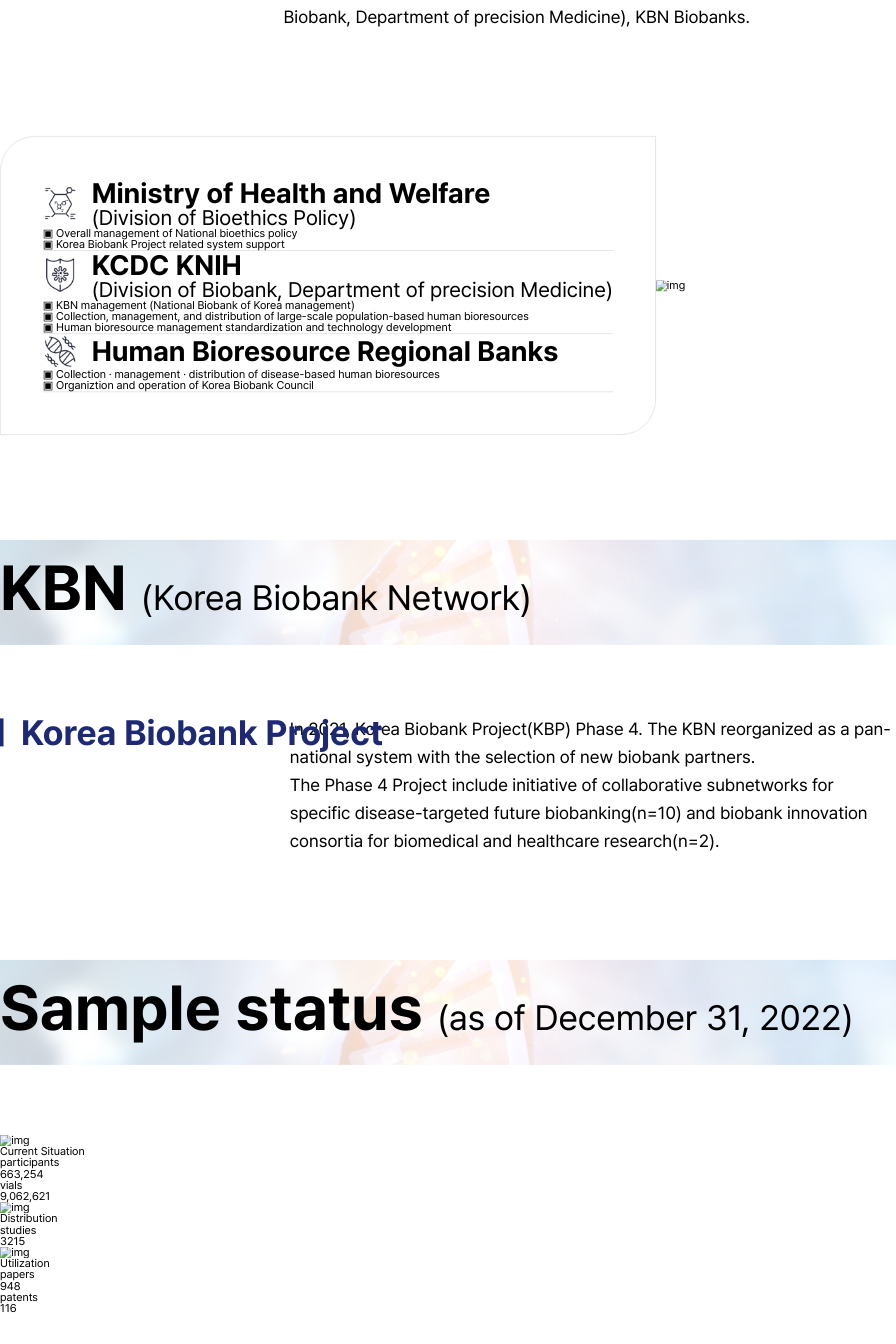
Repository: dlgywls1130/kbn_makedit
Page: index.html
The author's editor kept a copy of each file at every save. The page is drawn from the files as they stood at one save, then again after the next save.
The browser window is 1280 px wide. The pictures show the part of the page from y = 1785 to 3705 px (the page is 4994 px tall before and 5174 px after), at 70% of full size.
Some web libraries are served in a nearby version.

Above is the page before, as saved 2023-10-15 16:20:40.

### index.html
<!DOCTYPE html>
<html lang="en">
<head>
    <meta charset="UTF-8">
    <meta name="viewport" content="width=device-width, initial-scale=1.0">
    <title>KBN</title>

    <link rel="stylesheet" href="./css/reset.css">
    <link rel="stylesheet" href="./css/style.css">

    <!-- slick css -->
    <link rel="stylesheet"  type="text/css" href="./css/slick.css">

</head>
<body>

    <!-- header -->
    <header>
        <div class="header_wrapper">
            <div class="header_logo">
                <img src="./image/logo.png" alt="logo">
            </div>
            <ul class="nav_list">
                <li><a href="#about"> About us</a></li>
                <li><a href="#kbn">KBN</a></li>
                <li><a href="#sample">Sample status</a></li>
                <li><a href="#distribution">Distribution procedure</a></li>
                <li><a href="#biobanks">KBN Biobanks</a></li>
            </ul>
            <div class="header_en">
                <div class="en_icon">
                    <img src="./image/language.png" alt="icon">
                </div>
                <p>EN</p>
            </div>
        </div>

    </header>


    <!-- main banner -->
    <section>
        <div class="main_banner">
            <div class="slide_wrap">
                <div class="slide_list first-slide">
                    <div class="slide_content">
                        <h2 class="slide_title">
                            The Biggest Disease-based
                            <Br>Human Biobank Network of Korea
                        </h2>
                        <p class="slide_sub">
                            KBN, the largest biobank network in korea, collects, manages, and holds disease-based
                            <Br>human bioresources, i.e. various samples of more than 600,000 individuals.
                        </p>
                    </div>
                </div>
                <div class="slide_list second-slide">
                    <div class="slide_content">
                        <h2 class="slide_title">
                            KBN Distribution Support Center
                        </h2>
                        <p class="slide_sub">
                            The Center provides human bioresources, and clinical and epidemiological information
                            <Br> held by KBN biobanks nationwide and actively supports the distribution.

                        </p>
                    </div>
                </div>
                <div class="slide_list three-slide">

                    <div class="slide_content">
                        <h2 class="slide_title">
                            KBN Provides On-line Searching Database
                            <Br>and Operates Distribution Support Center
                        </h2>
                        <p class="slide_sub">
                            Researchers conduct KBN human bioresource search, while the distribution support
                            <Br>center provides services customized to individual users.
                        </p>
                    </div>
                </div>
            </div>
        </div>
    </section>

    <!-- about us -->
    <section id="about">
        <div class="about_wrap">
            <div class="content_width">
                <h2 class="section_title">About us</h2>
            </div>

            <div class="about-us">
                <div class="about_content">
                    <div class="content_list mb-100">
                        <div class="list_main">
                            KBN Portal
                        </div>
                        <div class="list_descript">
                            <p class="mb-50">The Korea Biobank Network’s Human Bioresource Sharing and Access Platform, established in 2019, aims
                            to expand the accessibility of the disease-based bioresources collected through KBN and develop a
                            system to collect high-quality standard clinical information, thereby establishing a distribution support
                            system tailored to researchers.</p>

                            <p>The KBN portal is the largest shared open platform for disease-based resource owned by KBN biobanks
                            involved in KDCA(Korea Disease Control and Prevention Agency) KBP(Korea Biobank Project).
                            It discloses and shares related information including disease-based resource status, systematic search,
                            efficient distribution, and utilization outcomes to researchers in order to improve the efficient utilization of
                            national disease-based resources.</p>
                        </div>
                    </div>
                    <div class="content_list">
                        <div class="list_main">
                            Structure
                        </div>
                        <div class="list_descript">
                            <p>Structure is organized by the Ministry of Health and Welfare(Division of Bioethics Policy), the KDCA Korea
                                National Institute of Health(Division of Biobank, Department of precision Medicine), KBN Biobanks.</p>
                        </div>
                    </div>
                </div>
                <div class="about_acodian">
                    <div class="acodian_list">
                        <div class="accordion-item">
                            <h3 class="title">
                                <div class="acodian_icon">
                                    <img src="./image/about_ico1.png" alt="icon">
                                </div>
                                <p>Ministry of Health and Welfare
                                    <span>(Division of Bioethics Policy)</span>
                                </p>

                            </h3>
                            <div class="paragraph">
                                <p>▣ Overall management of National bioethics policy</p>
                                <p>▣ Korea Biobank Project related system support</p>
                            </div>
                        </div>
                        <div class="accordion-item">
                            <h3 class="title">
                                <div class="acodian_icon">
                                    <img src="/image/about_ico2.png" alt="icon">
                                </div>
                                <p>KCDC KNIH
                                    <span>(Division of Biobank, Department of precision Medicine)</span>
                                </p>

                            </h3>
                            <div class="paragraph">
                                <p>▣ KBN management (National Biobank of Korea management)</p>
                                <p>▣ Collection, management, and distribution of large-scale population-based human bioresources </p>
                                <p>▣ Human bioresource management standardization and technology development</p>
                            </div>
                        </div>
                        <div class="accordion-item">
                            <h3 class="title">
                                <div class="acodian_icon">
                                    <img src="/image/about_ico3.png" alt="icon">
                                </div>
                                <p>Human Bioresource Regional Banks</p>

                            </h3>
                            <div class="paragraph">
                                <p>▣ Collection · management · distribution of disease-based human bioresources</p>
                                <p>▣ Organiztion and operation of Korea Biobank Council</p>
                            </div>
                        </div>
                    </div>
                    <div class="acodian_circle">
                        <img src="" alt="img">
                    </div>
                </div>
            </div>
        </div>

    </section>

    <!-- kbn -->

    <section id="kbn">
        <div class="kbn_wrap">
            <div class="content_width">
                <h2 class="section_title">KBN <span>(Korea Biobank Network)</span></h2>
            </div>
            <div class="kbn_content">
                <div class="content_list">
                    <div class="list_main">
                        Korea Biobank Project
                    </div>
                    <div class="list_descript">
                        <p>In 2021, Korea Biobank Project(KBP) Phase 4. The KBN reorganized as a pan-national system with the
                            selection of new biobank partners.
                            </p>

                        <p>The Phase 4 Project include initiative of collaborative subnetworks for specific disease-targeted future
                            biobanking(n=10) and biobank innovation consortia for biomedical and healthcare research(n=2).
                            </p>
                    </div>
                </div>
                <div class="kbn_guidance_wrap">

                </div>
            </div>
        </div>

    </section>

    <!-- sample -->

    <section id="sample">
        <div class="sample_wrap">
            <div class="content_width">
                <h2 class="section_title">Sample status <span>(as of December 31, 2022)</span></h2>
            </div>
            <div class="sample_content">
                <div class="sample_list">
                    <div class="sample_list_left">
                        <div class="sample_list_icon">
                            <img src="" alt="img">
                        </div>
                        <div class="sample_list_title">
                            Current Situation
                        </div>
                    </div>
                    <div class="sample_list_right">
                        <div class="right_span">
                            <span>participants</span>
                            <p>663,254</p>
                        </div>
                        <div class="right_span">
                            <span>vials</span>
                            <p>9,062,621</p>
                        </div>
                    </div>
                </div>
                <div class="sample_list">
                    <div class="sample_list_left">
                        <div class="sample_list_icon">
                            <img src="" alt="img">
                        </div>
                        <div class="sample_list_title">
                            Distribution
                        </div>
                    </div>
                    <div class="sample_list_right">
                        <div class="right_span">
                            <span>studies</span>
                            <p>3215</p>
                        </div>
                    </div>
                </div>
                <div class="sample_list">
                    <div class="sample_list_left">
                        <div class="sample_list_icon">
                            <img src="" alt="img">
                        </div>
                        <div class="sample_list_title">
                            Utilization
                        </div>
                    </div>
                    <div class="sample_list_right">
                        <div class="right_span">
                            <span>papers</span>
                            <p>948</p>
                        </div>
                        <div class="right_span">
                            <span>patents</span>
                            <p>116</p>
                        </div>
                    </div>
                </div>
            </div>
        </div>

    </section>

    <!-- Distribution  -->
    <section id="distribution">
        <div class="distribution_wrap">
            <div class="content_width">
                <h2 class="section_title white">Distribution procedure</h2>
            </div>
            <div class="distribution_about">
                <div class="content_list">
                    <div class="list_main">
                        Procedure
                    </div>
                    <div class="list_descript">
                        <p>KBN Human bioresources application procedure for distribution.</p>

                        <p>KBN distributes the collected human bioresources to researchers for domestic healthcare R&D.
                            For access to, researcher(s) residing in Korea and carrying out a research project that has obtained IRB
                            approval(or exemption) can apply for access to human bioresource distribution, and if approved by the
                            Access and Sharing Committee, the bioresources are released.
                        </p>
                    </div>
                </div>
                <div class="text_slide">

                </div>
            </div>
        </div>
    </section>

    <!-- Biobanks  -->
    <section id="biobanks">
        <div class="biobank_wrap">
            <div class="content_width">
                <h2 class="section_title">KBN Biobanks <span>- targeted diseases</span></h2>
            </div>
            <div class="biobank_content">
                <div class="biobank_tab">

                </div>

            </div>
        </div>

    </section>

    <!-- logo slide -->
    <section>
        <div class="logo_loop">

        </div>
    </section>

    <!-- footer -->
    <footer>
        <div class="footer_wrap">
            <div class="footer_left">
                <h3 class="footer_title">
                    CONTACT US
                </h3>

                <div class="footer_contain">
                    <ul>
                        <li class="footer_text">kbnysvc@gmail.com</li>
                        <li class="footer_phone">+82 -31-546-2715</li>
                        <li class="footer_text">Monday-Friday 8:30am ~ 5:30pm</li>
                        <li class="footer_text">(Saturday and Sunday, Holidays : ClOSED)</li>
                    </ul>
                    <ul>
                        <li><img src="" alt="icon"></li>
                        <li><img src="" alt="icon"></li>
                    </ul>
                </div>

                <p>Yongin Severance Hospital 363, Dongbaekjukjeon-daero, Giheung-gu, Yongin-si, Gyeonggi-do 16995, Republic of Korea</p>
            </div>

            <div class="footer_right">
                <div class="right_top">
                    <h3 class="footer_title">
                        SOCIAL LINKS
                    </h3>
                    <div class="footer_sns">
                        <a href="" class="link_sns">
                            <img src="" alt="sns">
                        </a>
                        <a href="" class="link_sns">
                            <img src="" alt="sns">
                        </a>
                        <a href="" class="link_sns">
                            <img src="" alt="sns">
                        </a>

                    </div>
                </div>
                <div class="right_bottom">
                    <h3 class="footer_title">
                        RELATED SITE
                    </h3>
                    <div class="link_site">
                        <a href="" class="site_link">
                            <img src="" alt="link">
                        </a>
                        <a href="" class="site_link">
                            <img src="" alt="link">
                        </a>

                    </div>
                </div>

            </div>
        </div>
        <div class="footer_copy">
            <p>YONSEI UNIVERSITY, YONGIN SEVERANCE HOSPITAL. ALL RIGHTS RESERVED </p>
            <div class="copy_right">
                <p>Personal information processing policy</p>
                <p>Terms and Conditions</p>
            </div>
        </div>
    </footer>


    <script type="text/javascript" src="//code.jquery.com/jquery-1.11.0.min.js"></script>
    <script src="./js/slick.min.js"></script>
    <script src="./js/main.js"></script>
</body>
</html>

### css/style.css
:root{
    --main-text:#1D2974;
    --black-text:#000;
}


/* common */

body{
    font-family: 'pretendard',sans-serif ;
}

/* font */
@font-face {
    font-family: pretendard;
    src: url('/font/Pretendard-Regular.woff2') format('woff2'),
    url('/font/Pretendard-Regular.woff') format('woff'),
    url('/font/Pretendard-Regular.ttf') format('ttf'),
    url('/font/Pretendard-Regular.otf') format('otf');
    font-weight: 400;
}

@font-face {
    font-family: pretendard;
    src: url('/font/Pretendard-Medium.woff2') format('woff2'),
    url('/font/Pretendard-Medium.woff') format('woff'),
    url('/font/Pretendard-Medium.ttf') format('ttf'),
    url('/font/Pretendard-Medium.otf') format('otf');
    font-weight: 500;
}

@font-face {
    font-family: pretendard;
    src: url('/font/Pretendard-Bold.woff2') format('woff2'),
    url('/font/Pretendard-Bold.woff') format('woff'),
    url('/font/Pretendard-Bold.ttf') format('ttf'),
    url('/font/Pretendard-Bold.otf') format('otf');
    font-weight: 700;
}


section{margin-bottom:150px;}

.section_title{
    font-size: 90px;
    font-weight: 700;
    line-height:40px;
    max-width: 1680px;
    width: 100%;
    margin: 0 auto;
}

.section_title span{
    font-weight: 300;
    font-size: 50px;
}

.content_width{
    width: 100%;
    height: 150px;
    background:url('/image/title_back.jpg');
    background-repeat: no-repeat;
    background-size:cover;
    margin-bottom: 100px;
    display: flex;
    align-items: center;
}

.content_list {
    display: flex;
    align-items: flex-start;
    justify-content: space-between;
}

.content_list .list_main{
    position: relative;
    width: 30%;
    font-size: 50px;
    font-weight: 700;
    color: var(--main-text);
    white-space: nowrap;
    padding-left: 30px;
}

.content_list .list_main::before{
    position: absolute;
    content: '';
    left: 0;
    top: 50%;
    transform: translate(0,-50%);
    height: 40px;
    width: 5px;
    background: var(--main-text);
}

.content_list .list_descript{
    width: 70%;
}

.content_list .list_descript p{
    font-size: 25px;
    font-weight: 300;
    line-height: 40px;
}


/* common margin */

.mb-50{margin-bottom: 50px;}
.mb-100{margin-bottom: 100px;}


/* header */

header{
    position: fixed;
    top: 0;
    left: 0;
    background: #fff;
    width: 100%;
    height: 138px;
    padding: 28px 0;
    box-sizing: border-box;
    z-index: 9;
}

.header_wrapper{
    max-width: 1680px;
    width: 100%;
    margin: 0 auto;
    display: flex;
    align-items: center;
    justify-content: space-between;
}

.header_logo{
    width: 250px;
    height: 80px;
}

.header_logo img{
    width: 100%;
    height: 100%;
    object-fit: contain;
}

.header_wrapper .nav_list{
    display: flex;
}

.header_wrapper .nav_list li{
    padding: 0 50px;
}

.header_wrapper .nav_list li a{
    font-size: 25px;
    font-weight: 500;
    line-height: 0.03em;
    text-decoration: none;
    color:var(--black-text);
}

.header_en{display: flex; align-items: center;}

.header_en .en_icon{
    width: 24px;
    height: 24px;
}

.header_en .en_icon img{
    width: 100%;
    height: 100%;
    object-fit: contain;
}

.header_en p{
    margin-left: 8px;
    font-size: 20px;
    font-weight: 700;
}

/* main_banner */

.slide_wrap .slide_list{
    width: 100%;
    height: 100vh;
    position: relative;
}

.slide_wrap .slide_list.first-slide{
    background: url('/image/main_slide1.jpg');
    background-repeat: no-repeat;
    background-position: right center;
    background-size: cover;
}

.slide_wrap .slide_list.second-slide{
    background: url('/image/main_slide2.jpg');
    background-repeat: no-repeat;
    background-position: center center;
    background-size: cover;
}

.slide_wrap .slide_list.three-slide{
    background: url('/image/main_slide3.jpg');
    background-repeat: no-repeat;
    background-position: left center;
    background-size: cover;
}

.slide_content{
width: 100%;
position: absolute;
right: 8%;
top: 40%;
transform: translate(0,-50%);
}

.slide_content .slide_title{
    font-size: 60px;
    font-weight: 700;
    color: #fff;
    letter-spacing: 0.07em;
    text-align: right;
}

.slide_content .slide_sub{
    font-size: 25px;
    font-weight: 400;
    color: #fff;
    letter-spacing: 0.04em;
    text-align: right;
    margin-top: 40px;
}

.slick-dots{
    display: flex!important;
    align-items: center;
    position: absolute;
    top: 65%;
    right: 8%;
    column-gap: 30px;
}

.slick-dots button {
    color: rgba(2255,255,255,0.45);
    background:none;
    border-bottom:5px solid rgba(255,255,255,0.45);
    font-size: 25px;
    font-weight: 700;
    padding-bottom: 15px;
    border-top: none;
    border-left: none;
    border-right: none;
    box-shadow: none;
    outline: none;
}

.slick-dots button:hover,
.slick-dots .slick-active button {
    border-bottom:5px solid rgba(255,255,255,1);
    color: rgba(255,255,255,1);
}

.slick-arrow{
position: absolute;
top: 55%;

}

.slick-next{
    right: 8%;
    transform: rotate(45deg);
}

.slick-prev{
    right: 10%;
    z-index: 1;
    transform: rotate(225deg);
}

.arrow{
    width: 30px; /* 사이즈 */
    height: 30px; /* 사이즈 */
    border-top: 8px solid #fff; /* 선 두께 */
    border-right: 8px solid #fff; /* 선 두께 */
}


/* about us */
.about-us{
    max-width: 1680px;
    margin: 0 auto;
}

.about_content{
    margin-bottom: 150px;
}

.about_acodian{
    display: flex;
    align-items: center;
}

.acodian_list{
    padding: 60px;
    box-sizing: border-box;
    height: auto;
    border: 1px solid #DCDCDC;
    border-radius: 50px 0;
}

.accordion-item{
    border-bottom: 1px solid #DCDCDC;
}

.accordion-item .title{
 display: flex;
 align-items: center;
}

.accordion-item .title p{
    font-size: 40px;
    font-weight: 700;
    color: #000;
    margin-left: 20px;
}

.accordion-item .title p span{
    font-size: 30px;
    font-weight: 300;
    display: block;
}

.accordion-item .acodian_icon{
    width: 50px;
    height: 50px;
}

.accordion-item .acodian_icon img{
    width: 100%;
    height: 100%;
}

### js/main.js
// main banner

$('.slide_wrap').slick({
    slidesToShow: 1,
    arrows: true,
    dots:true,
    autoplay: true,
  autoplaySpeed: 2000,
  infinite: true,
  prevArrow: '<div class="arrow slick-prev"></div>',
    nextArrow: '<div class="arrow slick-next"></div>',
  customPaging: function(slider, i) {
    var titles = ['Biobank', 'Support Center', 'On-line Searching'];
    return '<button>' + titles[i] + '</button>';
}
  });

Loaded but not shown: css/reset.css (common file); css/slick.css (common file); js/slick.min.js (library)

After the next save:
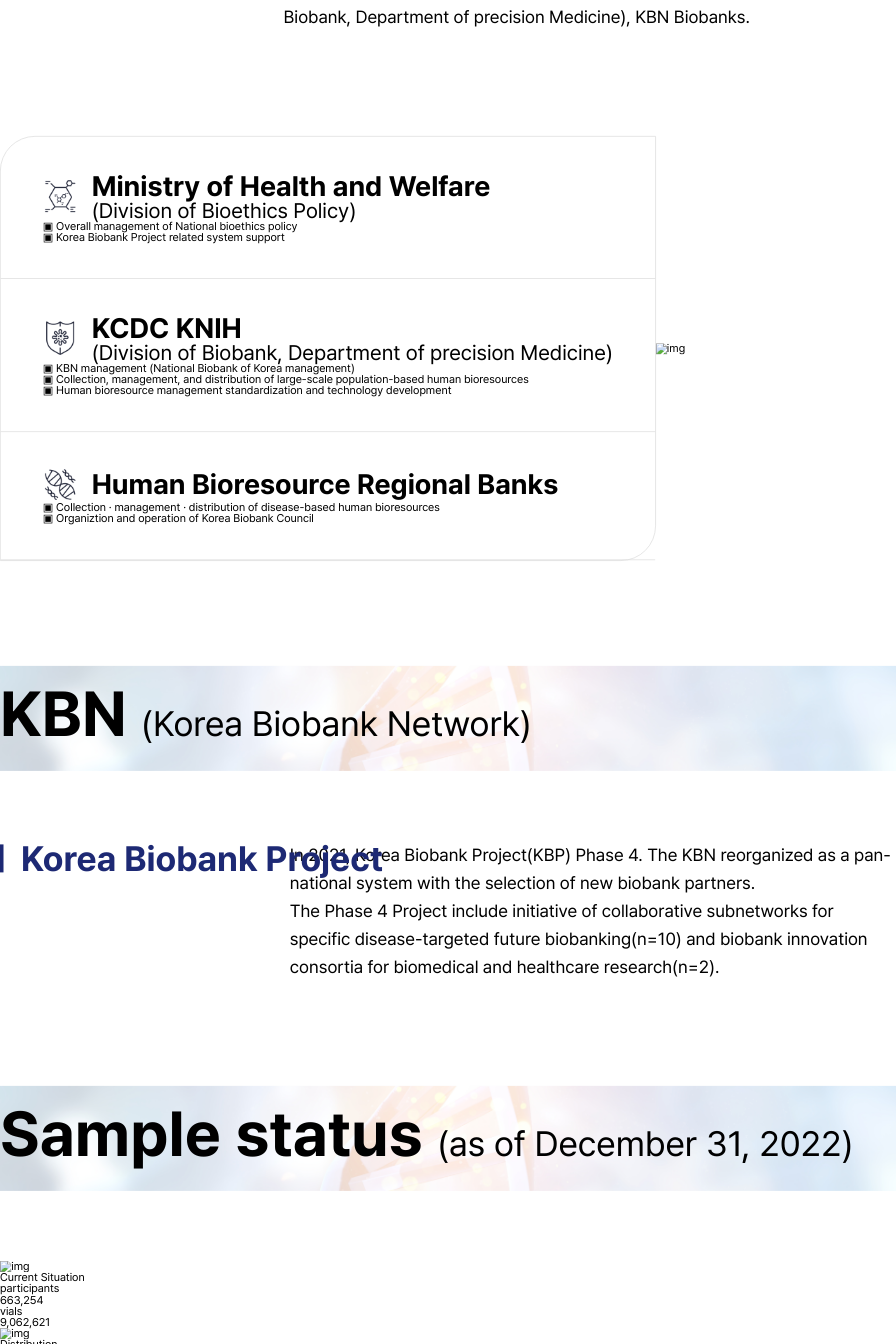
Saved 27 s later.
--- a/css/style.css
+++ b/css/style.css
@@ -303,7 +303,6 @@
 }
 
 .acodian_list{
-    padding: 60px;
     box-sizing: border-box;
     height: auto;
     border: 1px solid #DCDCDC;
@@ -311,6 +310,7 @@
 }
 
 .accordion-item{
+    padding: 50px 60px;
     border-bottom: 1px solid #DCDCDC;
 }
 
